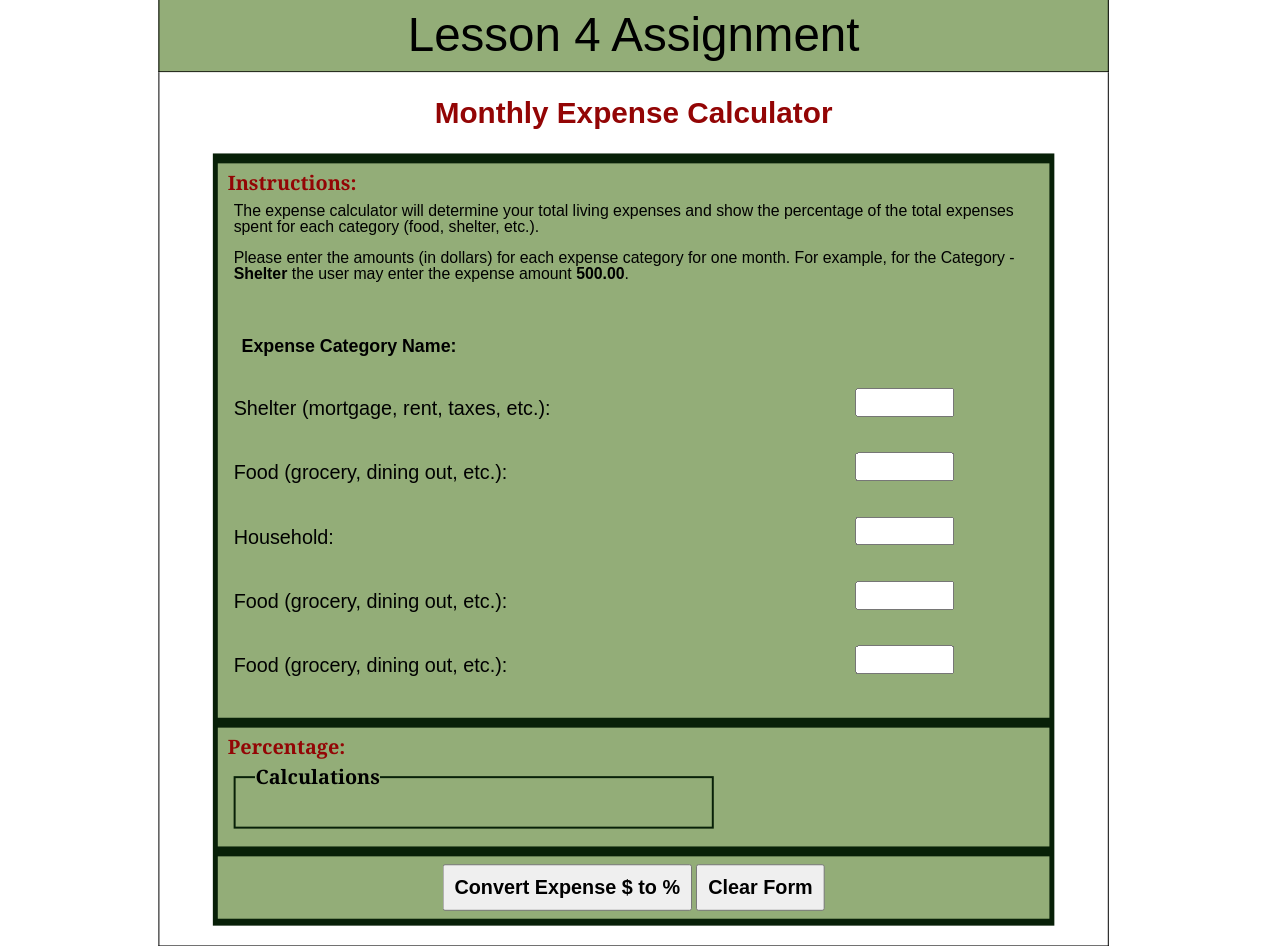
Repository: rob3rtblake/lesson4_javascript1
Page: index.html
The author's editor kept a record of every edit. The page is drawn from the files as they stood at one moment, then again after the next edit.
The browser window is 1280 px wide. The pictures show the whole page, at 99% of full size.

Above is the page before.

### index.html
<!DOCTYPE html>
<html>
    <head>
       <!--
          Course:  Web Application Development
          Assignment:  Lesson 4 (JavaScript 1)
          Author:  Robert Blake
          Date:   02/16/18
          Filename: index.html
       -->
       <meta charset="utf-8" />
       <meta name="viewport" content="width=device-width,initial-scale=1.0">

       <title>Lesson 4 Assignment</title>

       <link rel="stylesheet" href="styles.css" />

    </head>

    <body>
       <header>
          <h1> Lesson 4 Assignment </h1>
       </header>

        <article>
            <br /><h2>Monthly Expense Calculator</h2><br />

              <form id = "expenseCalculator">
                <fieldset id="inputinfo">
                      <legend><span>Instructions:</span></legend>
                      <p>The expense calculator will determine your total living expenses and
                      show the percentage of the total expenses spent for each category (food, shelter, etc.).</p>

                      <br>

                      <p>Please enter the amounts (in dollars) for each expense category for one month.
                      For example, for the Category - <b>Shelter</b> the user may enter the expense amount <b>500.00</b>.</p>

                      <br><br><br>

                      <p><h3>Expense Category Name:</h3>

                          <label for="shelterInput">
                            Shelter (mortgage, rent, taxes, etc.):
                            <input type="text"  id="shelterInput" name="shelter"  />
                          </label>
                      </p>
                      <p><label for="foodInput">
                            Food (grocery, dining out, etc.):
                            <input type="text" id="foodInput" name="food" />
                          </label>
                      </p>
                      <p><label for="householdInput">
                            Household:
                            <input type="text" id="householdInput" name="household" />
                          </label>
                      </p>
                      <p><label for="transportationInput">
                            Food (grocery, dining out, etc.):
                            <input type="text" id="transportationInput" name="transport" />
                          </label>
                      </p>
                      <p><label for="miscellaneousInput">
                            Food (grocery, dining out, etc.):
                            <input type="text" id="miscellaneousInput" name="miscellaneous" />
                          </label>
                      </p>

                      <!--************************************************************************************************
                      * Task #1:  Add additional expense categories using the above code as an example.  The
                      *           following categories should be included:  Household, Transportation, and
                      *           Miscellaneous.  Add your code below this comment block BEFORE the </fieldset> tag!!!
                      * REMINDERS:
                      *      1.)  Each id value must be unique and enclosed in quotes.  This value will be referenced
                      *           later in the program and it must match EXACTLY including the case.
                      *      2.)  Each name value must be unique and enclosed in quotes.  This value will be referenced
                      *           later in the program and it must match EXACTLY including the case.
                      *
                      * HINT:  Use the following variable names:  householdInput, miscellaneousInput, transportationInput
                      *
                      *************************************************************************************************-->

                </fieldset>


                <!--************************************************************************************************
                *  This section in the HTML code defines id's or placeholders where the result of the percentages
                *  calculated will be place.  The getElementById() method used later in the program uses these id's
                *  to place the results of the calculations on the HTML page.
                **************************************************************************************************-->
                <fieldset id="summary">
                  <legend><span>Percentage:</span></legend>
                  <fieldset id="calculationinfo">
                    <legend>Calculations</legend>

                     <label>
                         <p id="totalExpenses">  </p>
                         <p id="shelterPercentage">  </p>
                         <p id="foodPercentage">  </p>
                         <p id="householdPercentage">  </p>
                         <p id="transportationPercentage">  </p>
                         <p id="miscellaneousPercentage">  </p>
                     </label>
                  </fieldset>
                </fieldset>


                <!--************************************************************************************************
                *  This section in the HTML code creates TWO buttons:  1)  Convert Expense $ to % button and
                *  2)  Clear Form button.
                *
                *  Explanation:  The onclick method is used to associate an event with each button.  When the
                *  user clicks either button, the methods stated will be executed to handle that event.  For instance,
                *  when the user clicks the 'Convert Expense $ to %' button the calculatePercentages() code will
                *  execute and when the user clicks the 'Clear Form' button, the clearForm() method will execute.
                *
                *  The onClick event will execute when a button is clicked.
                **************************************************************************************************-->
                <fieldset id="calculatebutton">
                  <button type="button" onclick="calculatePercentages()"> Convert Expense $ to % </button>
                  <button type="reset" onclick="clearForm()"> Clear Form </button>
                </fieldset>
            </form>
        </article>
    <script src="expenseCalculator.js"> </script>
    </body>
</html>

### styles.css
/*
    Filename: styles.css
*/


/* apply a natural box layout model to all elements */
* {
   -moz-box-sizing: border-box;
   -webkit-box-sizing: border-box;
   box-sizing: border-box;
}

/* reset rules */
html, body, div, span, applet, object, iframe,
h1, h2, h3, h4, h5, h6, p, blockquote, pre,
a, abbr, acronym, address, big, cite, code,
del, dfn, em, img, ins, kbd, q, s, samp,
small, strike, strong, sub, sup, tt, var,
b, u, i, center,
dl, dt, dd, ol, ul, li,
fieldset, form, label, legend,
table, caption, tbody, tfoot, thead, tr, th, td,
article, aside, canvas, details, embed,
figure, figcaption, footer, header, hgroup,
menu, nav, output, ruby, section, summary,
time, mark, audio, video {
   margin: 0;
   padding: 0;
   border: 0;
   font-size: 100%;
   font: inherit;
   vertical-align: baseline;
}

/* HTML5 display-role reset for older browsers */
article, aside, details, figcaption, figure,
footer, header, hgroup, menu, nav, section {
   display: block;
}

body {
   line-height: 1;
   max-width: 960px;
   background: white;
   margin: 0 auto;
   font-family: Arial, Helvetica, sans-serif;
}

ol, ul {
   list-style: none;
}




/* page header */
header {
   background: #93AD78;
   width: 100%;
   color: black;
   font-size: 48px;
   text-align: center;
   line-height: 1.5em;
   border-bottom: 1px solid black;
   border-left: 1px solid black;
   border-right: 1px solid black;
}

/* main content */
article {
   width: 960px;
   text-align: center;
   background: white;
   padding-bottom: 20px;
   border-bottom: 1px solid black;
   border-left: 1px solid black;
   border-right: 1px solid black;
}

article h2 {
   font-weight: bold;
   font-size: 30px;
   padding: 10px;
   color:#930505;
}
article h3 {
   font-weight: bold;
   font-size: 18px;
   padding: 8px;
}

article button {
   font-weight: bold;
   font-size: 20px;
   padding: 10px;
}
/* form */


b {
   font-weight: bold;

}

legend, #calculatebutton input {
  font-family: georgia, "times new roman", times, serif;


  }
fieldset {
  margin-bottom: 10px;
  position: relative;
  padding: 2.5em 1em 0.5em 1em;
  background: #93AD78;
  text-align: left;

  }
fieldset fieldset {
  padding-top: 5px;
  border: 2px solid #082008;
  }
form {
  background: #082008;
  padding: 10px 5px 7px 5px;
  margin: 0 auto;
  width: 850px;
  }
input, textarea {
  font-size: 1em;
   vertical-align: right;

  }
input:focus, textarea:focus {
  background: #e3d5ba;
  }
.textbox {
    width: 300px;
    float: right;
}
legend span {
  position: absolute;
  left: 0;
  top: 0;
  font-size: 1.25em;
  margin-top: 0.5em;
  margin-left: 0.5em;
  font-weight: bold;
  color:#930505;
  }
legend  {

  font-weight: bold;
  }
textarea {
  display: block;
  }
#employeeinfo {
  float: left;
  width: 45%;
  font-size: 20px;
  }
#calculationinfo {
  float: inherit;
  width: 60%;
  font-size: 20px;

  }
#inputinfo, #summary, #calculatebutton {
  border: none;
  }
#inputinfo label {
  display: block;
  position: relative;
  margin: 25px 0;
  line-height: 200%;
  font-size: 20px;
  }
  }
#inputinfo input {
  position: absolute;
  left: 600px;
  line-height: 150%;
  }
#summary label {
  display: block;
  position: relative;
  margin: 25px 0;
    line-height: 200%;
    font-size: 20px;
  }
#shelterInput, #foodInput, #householdInput, #miscellaneousInput, #transportationInput {
  width: 5em;
  position: absolute;
  right: 80px;


  }
#phoneinput {
  width: 12em;
  }
#calculatebutton {
  border: 5px;
  background: #93AD78;
  padding: 0.5em 0;
  margin-bottom: 0;
  text-align: center;
  }

Loaded but not shown: expenseCalculator.js (196 lines, source omitted)

After the next edit:
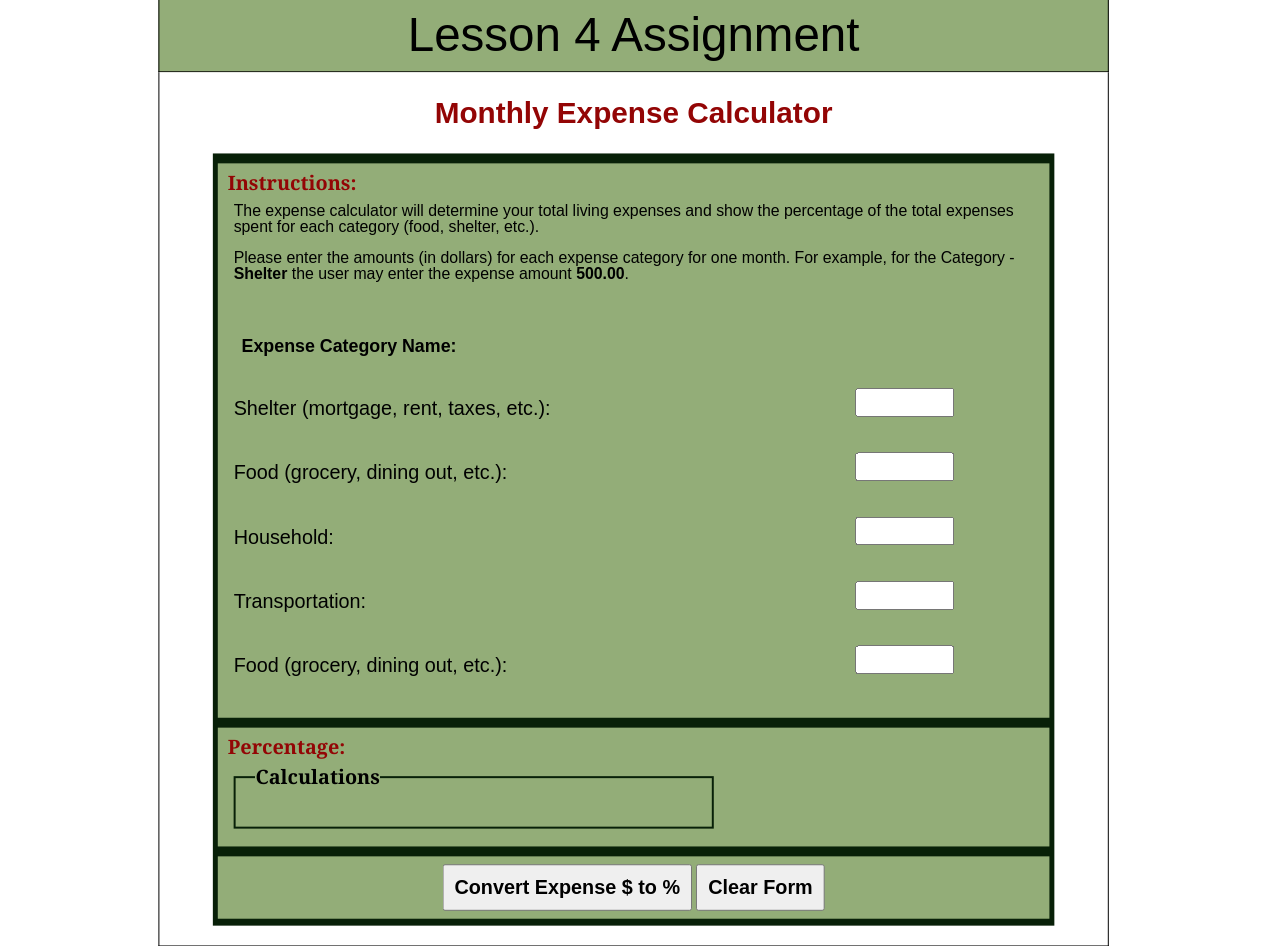
The edit:
--- a/index.html
+++ b/index.html
@@ -56,7 +56,7 @@
                           </label>
                       </p>
                       <p><label for="transportationInput">
-                            Food (grocery, dining out, etc.):
+                            Transportation:
                             <input type="text" id="transportationInput" name="transport" />
                           </label>
                       </p>
